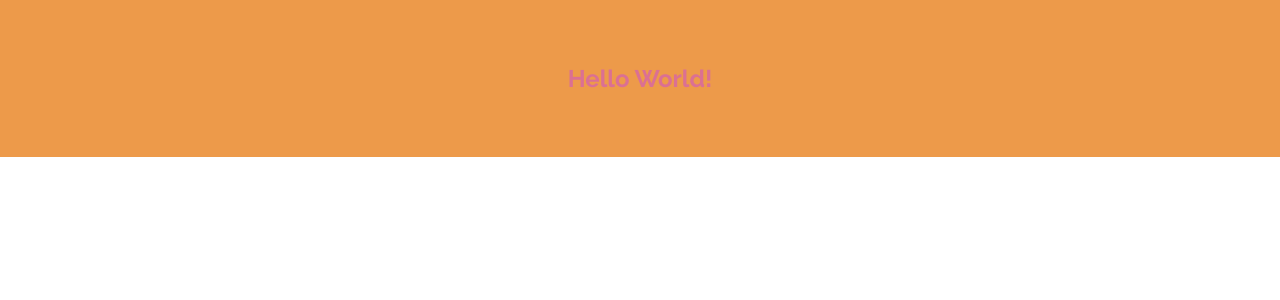
Repository: luizdanielmlima/my-website-react
Page: /
The author's editor kept a copy of each file at every save. The page is drawn from the files as they stood at one save, then again after the next save.
The browser window is 1280 px wide. The pictures show the whole page.
The project was rebuilt for these pictures with package versions that can differ from the ones it lists, and the page was loaded fresh each time.

Above is the page before, as saved 2023-01-31 16:36:49.

After the next save:
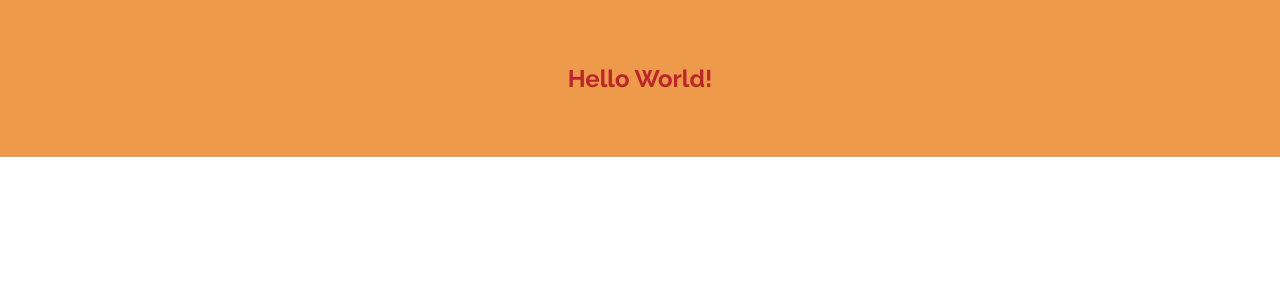
Saved 28 s later.
--- a/src/containers/Home/Home.styled.ts
+++ b/src/containers/Home/Home.styled.ts
@@ -3,7 +3,7 @@
 export const Title = styled.h1`
   font-size: 1.5em;
   text-align: center;
-  color: palevioletred;
+  color: ${({ theme }) => theme.colors.secondary}; ;
 `;
 
 export const Wrapper = styled.section`
